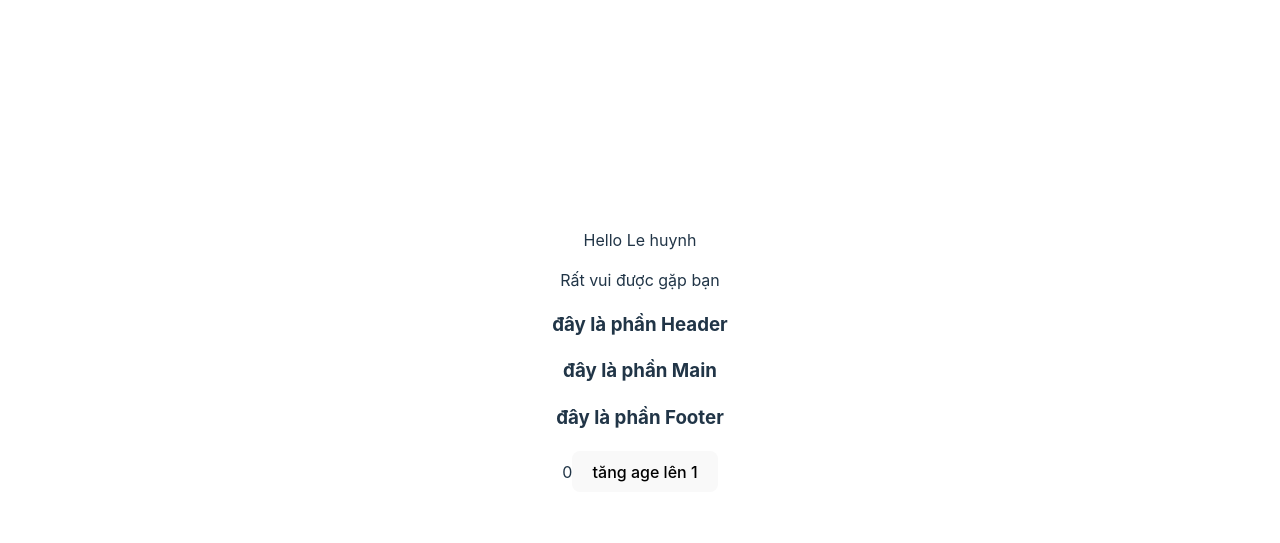
Repository: Lehuyhuynh/BT_ReactJs
Page: / (app in vite-project/)
These files come from the project's save history. The page is drawn as it stood at one moment and after the next save; the edit follows.
The browser window is 1280 px wide. The pictures show the whole page.
The project was rebuilt for these pictures with package versions that can differ from the ones it lists, and the page was loaded fresh each time. Also part of the build but not shown: vite-project/vite.config.js.

Above is the page before, as saved 2023-09-25 14:01:20.

### vite-project/src/App.jsx
import HelloWorld from "./BaiHoc9/HelloWorld";
import BTH2 from "./BaiHoc9/BTH2";
import BTH3 from "./BaiHoc9/BTH3.JSX";
import "./App.css";

function App() {
  return (
    <>
      <HelloWorld></HelloWorld>
      <BTH2></BTH2>
      <BTH3></BTH3>
    </>
  );
}

export default App;

### vite-project/src/BaiHoc9/HelloWorld.jsx
function HelloWorld() {
  const user = {
    ho: "Le",
    name: "huynh",
  };
  return (
    <div>
      Hello {user.ho} {user.name}
      <p>Rất vui được gặp bạn</p>
    </div>
  );
}
export default HelloWorld;

### vite-project/src/BaiHoc9/BTH2.jsx
function BTH2() {
  return (
    <div>
      <h3>đây là phần Header</h3>
      <h3>đây là phần Main</h3>
      <h3>đây là phần Footer</h3>
    </div>
  );
}
export default BTH2;

### vite-project/src/BaiHoc9/BTH3.JSX
import { useState } from "react";

function BTH3() {
  const [age, setAge] = useState(0);
  const onIncreaseAge = () => {
    setAge(age + 1);
  };
  return (
    <div>
      {" "}
      {age}
      <button onClick={onIncreaseAge}>tăng age lên 1</button>
    </div>
  );
}
export default BTH3;

Loaded but not shown: vite-project/index.html (common file); vite-project/src/main.jsx (common file); vite-project/src/index.css (common file); vite-project/src/App.css (common file)

After the next save:
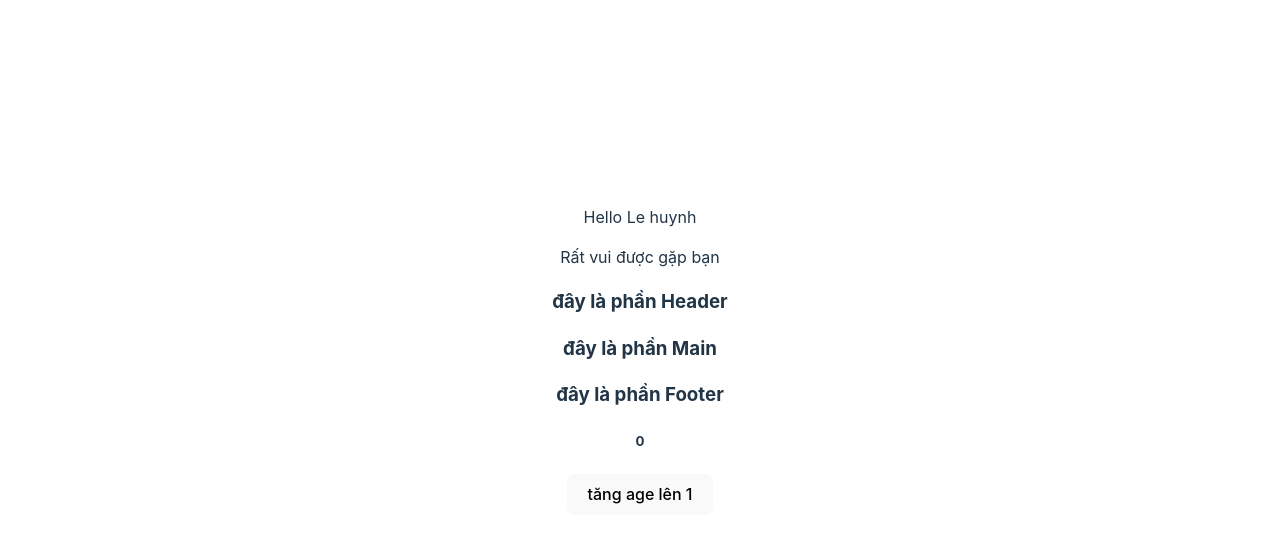
Saved 39 s later.
--- a/vite-project/src/BaiHoc9/BTH3.JSX
+++ b/vite-project/src/BaiHoc9/BTH3.JSX
@@ -7,8 +7,7 @@ function BTH3() {
   };
   return (
     <div>
-      {" "}
-      {age}
+      <h5> {age}</h5>
       <button onClick={onIncreaseAge}>tăng age lên 1</button>
     </div>
   );
